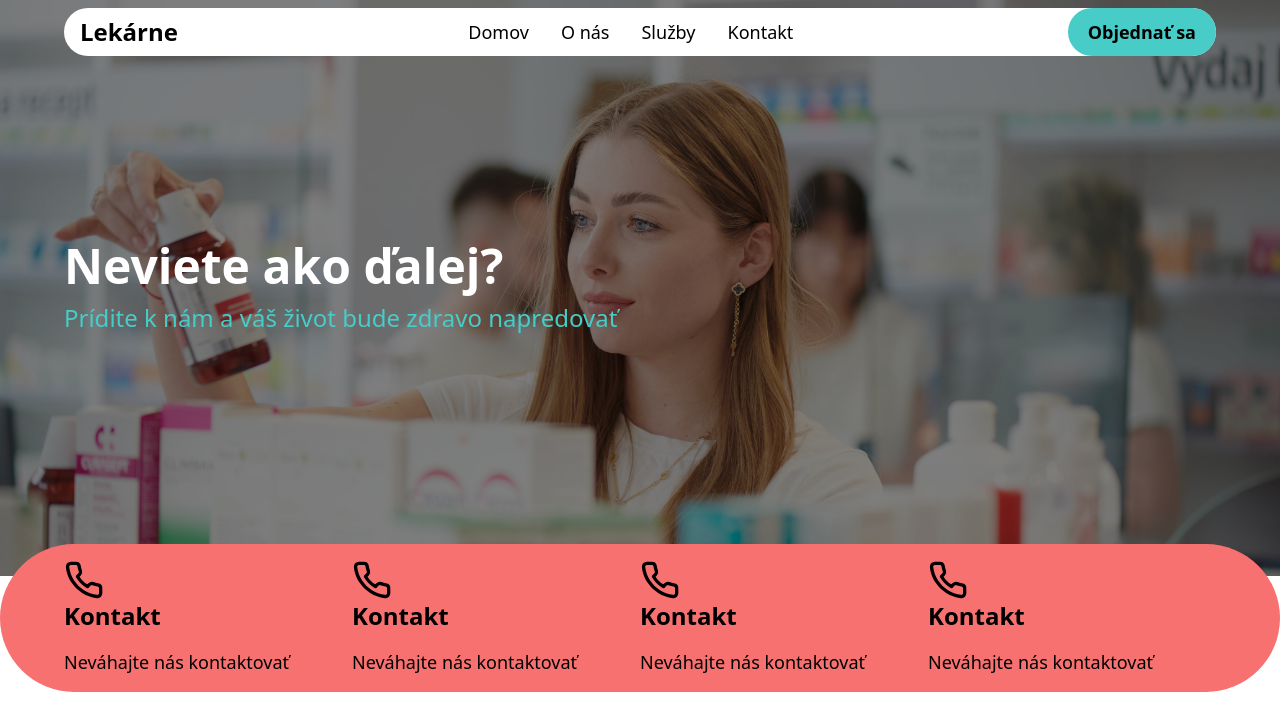
Repository: SimonSkoda13/Lekaren
Page: /
These files come from the project's save history. The page is drawn as it stood at one moment and after the next save; the edit follows.
The browser window is 1280 px wide. The pictures show the whole page.
The project was rebuilt for these pictures with package versions that can differ from the ones it lists, and the page was loaded fresh each time. The framework's server and built-in components were replaced by stand-ins that run in the browser. Also part of the build but not shown: next.config.js.

Above is the page before, as saved 2023-04-22 17:39:56.

After the next save:
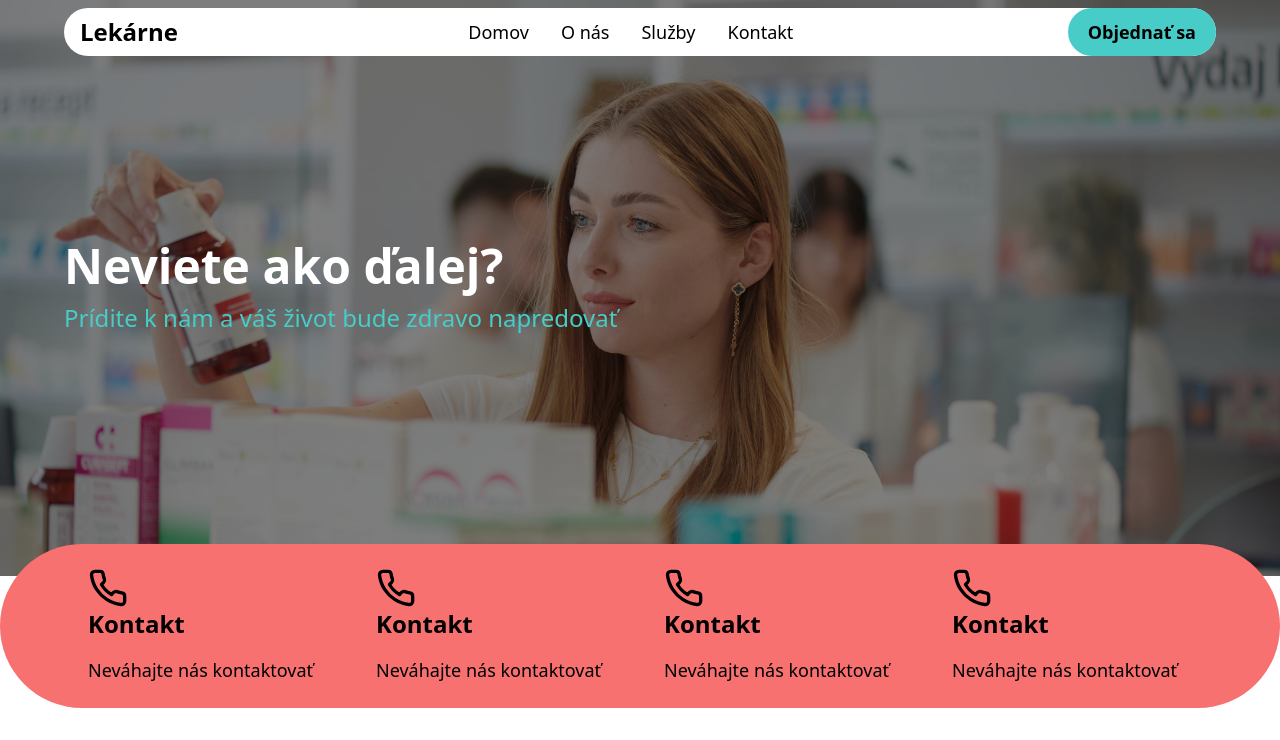
Saved 20 s later.
--- a/src/app/components/Contact/Contact.tsx
+++ b/src/app/components/Contact/Contact.tsx
@@ -15,7 +15,7 @@ export const Contact = (props: ContactProps) => {
   return (
     <section className="cntn z-10 relative w-full min-h top-[-2rem] grid grid-cols-2 md:grid-cols-4 items-start bg-red-400 rounded-full">
       {items?.map((item) => (
-        <div className="flex flex-col items-start gap-4 py-4">
+        <div className="flex flex-col items-start gap-4 p-6">
           {/* <Image
             src={item.icon}
             alt={"contactIcon" + item.title}
